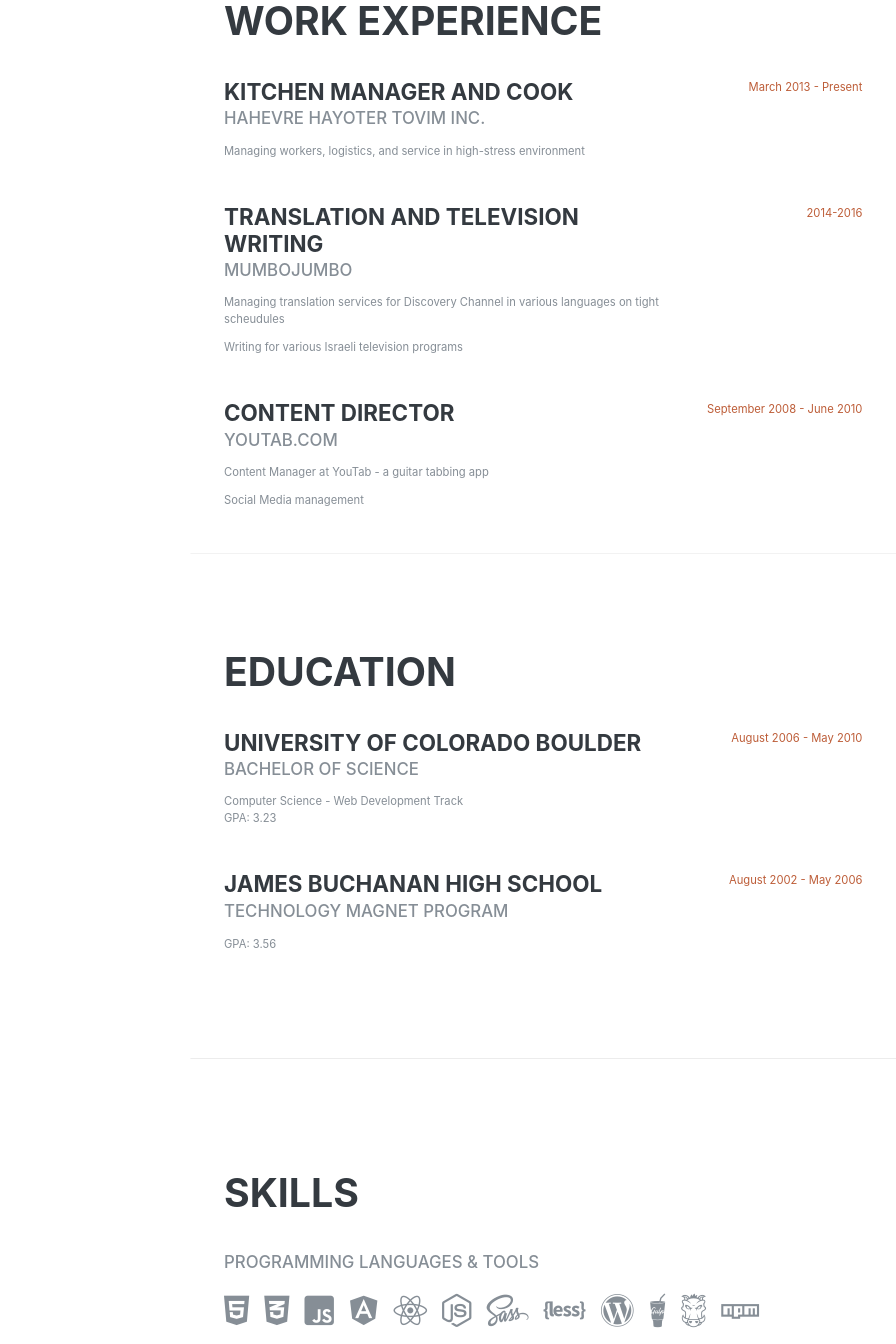
Repository: AlonGur/resume
Page: index.html
These files come from the project's save history. The page is drawn as it stood at one moment and after the next save; the edit follows.
The browser window is 1280 px wide. The pictures show the part of the page from y = 771 to 2691 px (the page is 4446 px tall), at 70% of full size.
Some web fonts or font styles are not loaded; a fallback is used.

Above is the page before, as saved 2019-06-07 15:55:38.

After the next save:
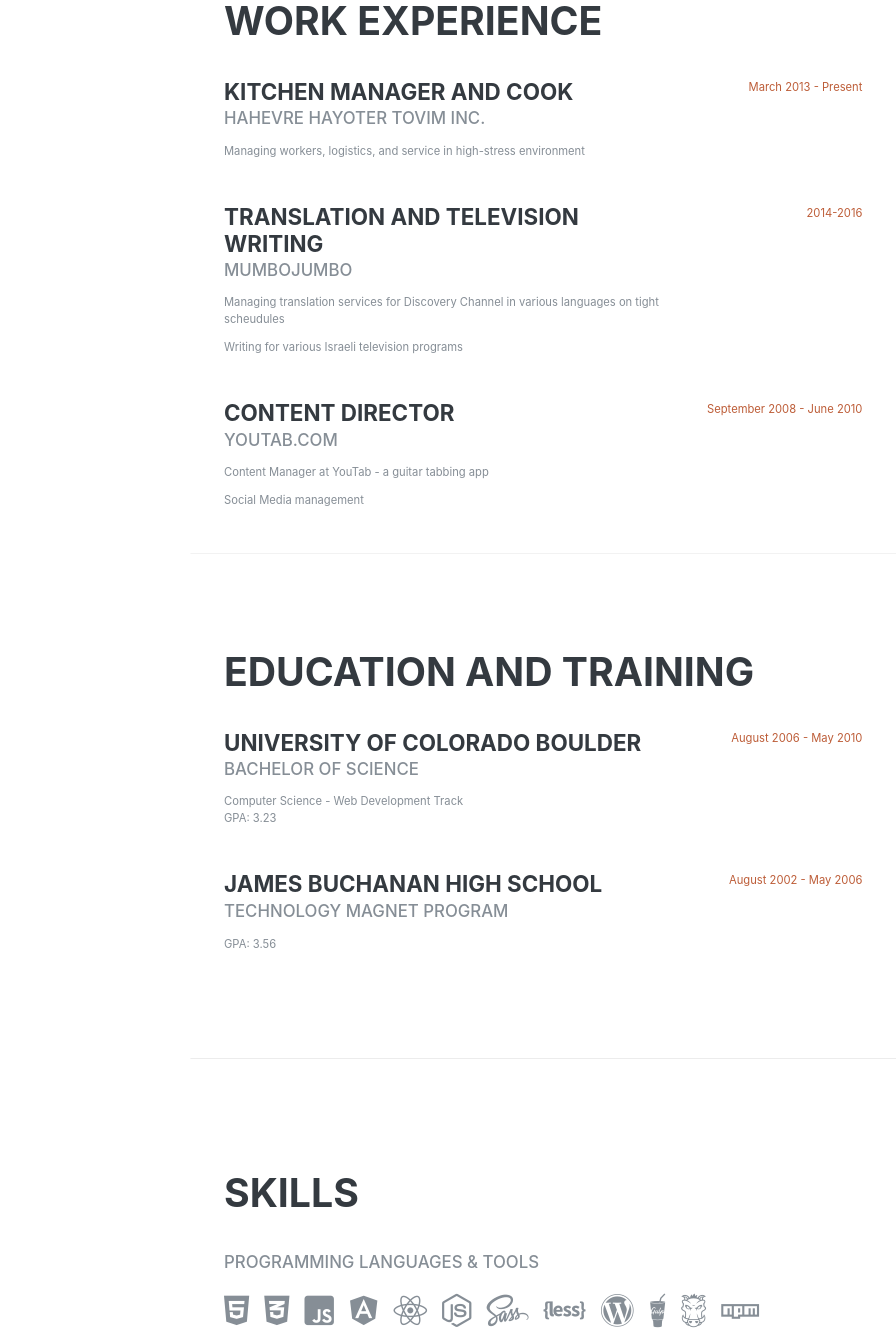
Saved 33 s later.
--- a/index.html
+++ b/index.html
@@ -134,7 +134,7 @@
 
     <section class="resume-section p-3 p-lg-5 d-flex align-items-center" id="education">
       <div class="w-100">
-        <h2 class="mb-5">Education</h2>
+        <h2 class="mb-5">Education and Training</h2>
 
         <div class="resume-item d-flex flex-column flex-md-row justify-content-between mb-5">
           <div class="resume-content">
